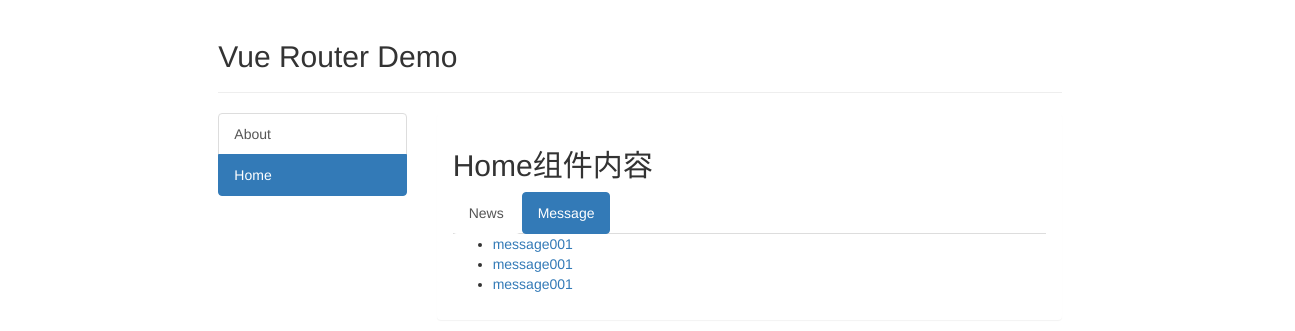
Repository: Crow7277/Vue2-
Page: /#/home/message
These files come from the project's save history. The page is drawn as it stood at one moment and after the next save; the edit follows.
The browser window is 1280 px wide. The page is 1295 px wide, so the pictures cover 1295 px, including what lies to the right of the window. The pictures show the whole page.
The project was rebuilt for these pictures with package versions that can differ from the ones it lists, and the page was loaded fresh each time. Also part of the build but not shown: vue.config.js, src/pages/About.vue, src/pages/News.vue.

Above is the page before, as saved 2022-04-09 18:11:30.

After the next save:
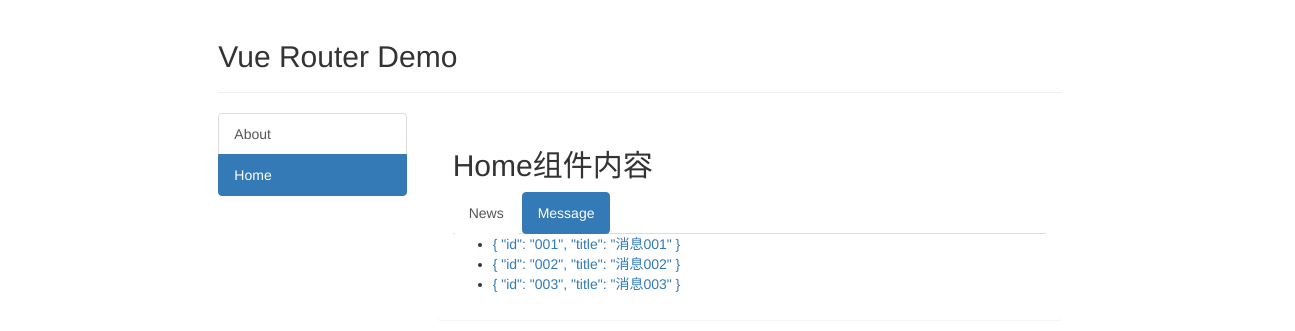
Saved 8 s later.
--- a/src/pages/Message.vue
+++ b/src/pages/Message.vue
@@ -2,7 +2,7 @@
     <div>
         <ul>
             <li v-for="m in messageList" :key="m.id">
-                <a href="/message1">message001</a>
+                <a href="/message1">{{ m }}</a>
                 &nbsp;&nbsp;
             </li>
         </ul>
